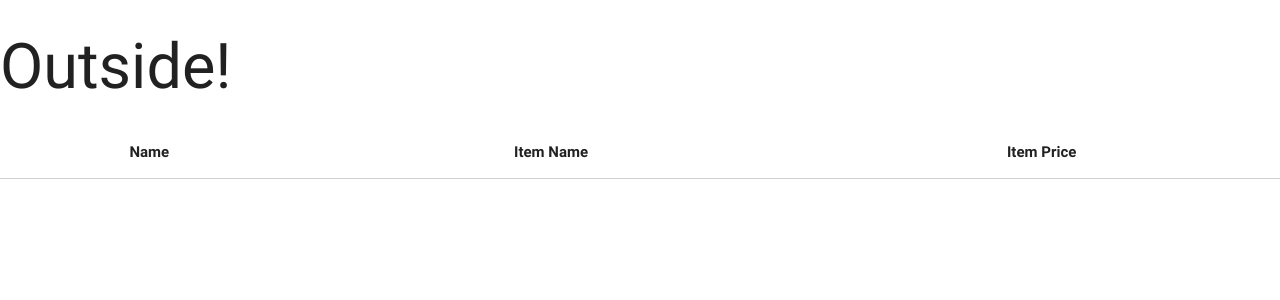
Repository: kalkiboru111/irish-dictionary-of-received-ideas
Page: http://localhost/get_terms
The author's editor kept a record of every edit. The page is drawn from the files as they stood at one moment, then again after the next edit.
The browser window is 1280 px wide. The pictures show the whole page.
Some web libraries are served in a nearby version. The page is served by the project's application, run on Flask 3 (app.py). Queries for data that is not in the repository find no rows.

Above is the page before.
Console error: TypeError: $(...).sidenav is not a function

### templates/terms.html

{% extends 'base.html' %}
{% block content %}
    <table class="highlight centered responsive-table">
        <thead>
          <tr>
              <th>Name</th>
              <th>Item Name</th>
              <th>Item Price</th>
          </tr>
        </thead>
        <tbody>
        {% for term in terms %}
          <tr>
            <td>{{term.term_name}}</td>
            <td>{{term.term_category}}</td>
            <td>{{term.term_definition}}</td>
            <td>{{term.term_origin}}</td>
          </tr>
         {% endfor %}
        </tbody>
    </table>
{% endblock %}

### templates/base.html
<!DOCTYPE html>
<html>

<head>
    <link href="https://fonts.googleapis.com/icon?family=Material+Icons" rel="stylesheet">
    <link rel="stylesheet" href="https://cdnjs.cloudflare.com/ajax/libs/materialize/0.100.2/css/materialize.min.css">
</head>

<body>
    <h1>Outside!</h1>
    {% block content %}
    {% endblock %}
    <script src="https://cdnjs.cloudflare.com/ajax/libs/jquery/3.2.1/jquery.min.js"></script>
    <script src="https://cdnjs.cloudflare.com/ajax/libs/materialize/0.100.2/js/materialize.min.js"></script>
    <script type="text/javascript">
        $(document).ready(function() {
            $('.sidenav').sidenav();
        });
    </script>

</body>

</html>

### app.py
import os
from flask import Flask, render_template, redirect, request, url_for
from flask_pymongo import PyMongo
from bson.objectid import ObjectId

app = Flask(__name__)

app.config['MONGO_DBNAME'] = 'irish_dictionary'
app.config["MONGO_URI"] = os.getenv("MONGO_URI")

mongo = PyMongo(app)

@app.route('/')

# View directs user to terms page
@app.route('/get_terms')
def get_terms():
    return render_template("terms.html", terms=mongo.db.terms.find())


if __name__ == '__main__':
    app.run(host=os.environ.get('IP'),
            port=int(os.environ.get('PORT')),
            debug=True)

After the next edit:
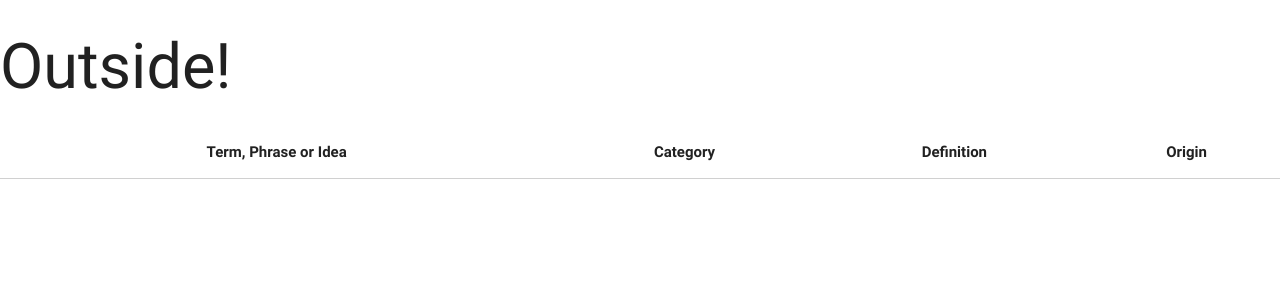
The edit:
--- a/templates/terms.html
+++ b/templates/terms.html
@@ -4,9 +4,10 @@
     <table class="highlight centered responsive-table">
         <thead>
           <tr>
-              <th>Name</th>
-              <th>Item Name</th>
-              <th>Item Price</th>
+              <th>Term, Phrase or Idea</th>
+              <th>Category</th>
+              <th>Definition</th>
+              <th>Origin</th>
           </tr>
         </thead>
         <tbody>
